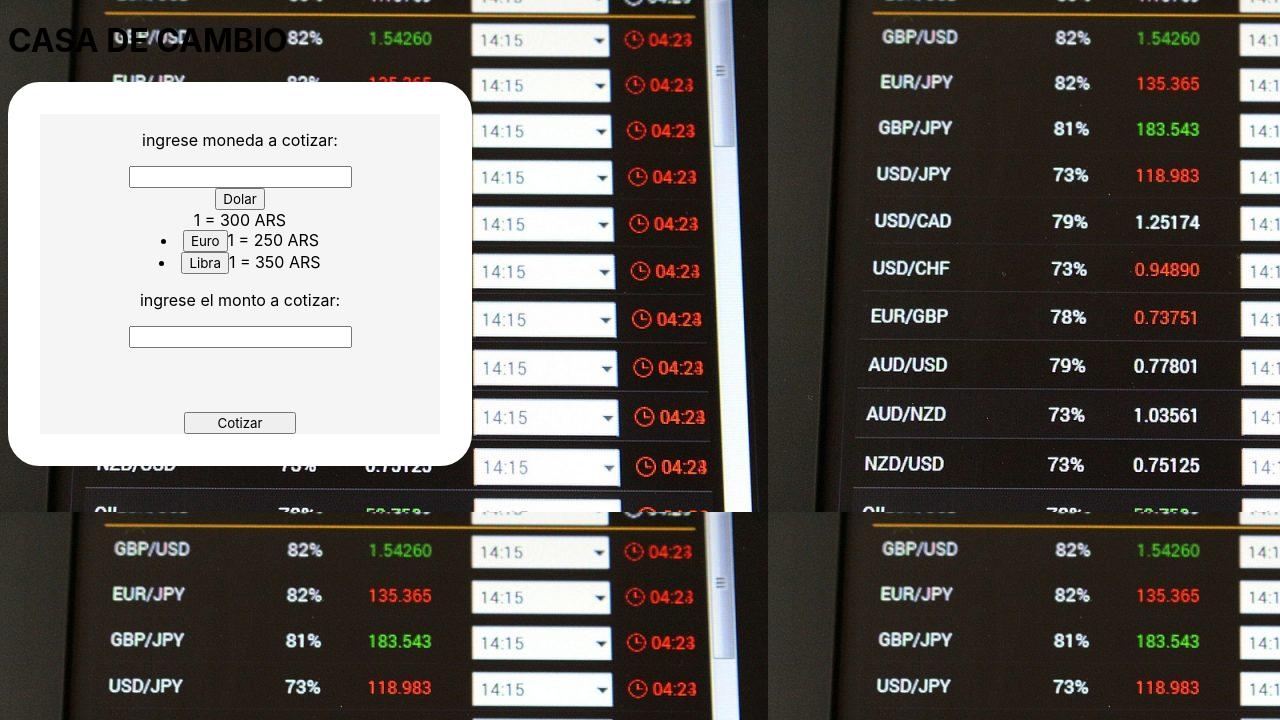
Repository: AgusL01/Bootstrap-Agustin-lago-
Page: Desktop/clases coder/proyecto-final-agustin-lago-main/index.html
The author's editor kept a copy of each file at every save. The page is drawn from the files as they stood at one save, then again after the next save.
The browser window is 1280 px wide. The pictures show the whole page.

Above is the page before, as saved 2022-08-25 14:57:12.
Console error: ReferenceError: getElemenById is not defined

### Desktop/clases coder/proyecto-final-agustin-lago-main/index.html
<!DOCTYPE html>
<html lang="es">
<head>
    <meta charset="UTF-8">
    <meta http-equiv="X-UA-Compatible" content="IE=edge">
    <meta name="viewport" content="width=+, initial-scale=1.0">
    <title>Casa de cambio</title>
    <link rel="stylesheet" href="./css/estilo.css">
</head>
<body>
    <h1>CASA DE CAMBIO</h1>
    <form class="formulario">
            <p>ingrese moneda a cotizar:</p>
            <input><button id="dolar">Dolar</button>1 = 300 ARS</input>
            <li><button id="euro">Euro</button>1 = 250 ARS</li>
            <li><button id="libra">Libra</button>1 = 350 ARS</li>
            <p>ingrese el monto a cotizar:</p>
            <input type="number" name="amount" id="montoCotazar">
            <button class="cotizar">Cotizar</button>
    </form>
    <script src="./js/main.js"></script>
</body>
</html>

### Desktop/clases coder/proyecto-final-agustin-lago-main/css/estilo.css
*{
    font-family: 'Inter', sans-serif;
}
body{
    background-image: url(/imagenes/courses-643727_960_720-768x512.jpg);
    height: 100%;
}
.dolar, .euro, .libra{
display: inline-block;
}
.formulario{
    justify-content: center;
    display: flex;
    flex-direction:column;
    align-items: center;
    text-align: center;
    background-color: #f5f5f5;
    border: 2rem, solid ,white;
    border-radius: 2rem;
    width: 25rem;
    height: 20rem;
}



.cotizar{
    width: 7rem;
    height: 2rem;
    margin-top: 4rem;
}
.titleMain {
    text-align: center;
    font-size: 3rem;
    margin-top: 4rem;
}

### Desktop/clases coder/proyecto-final-agustin-lago-main/js/main.js
/*se declaran en variables el valor de cada moneda*/

    let dolar = 300
    let euro = 250
    let libra = 350

let monedaDolar = getElemenById('dolar')

After the next save:
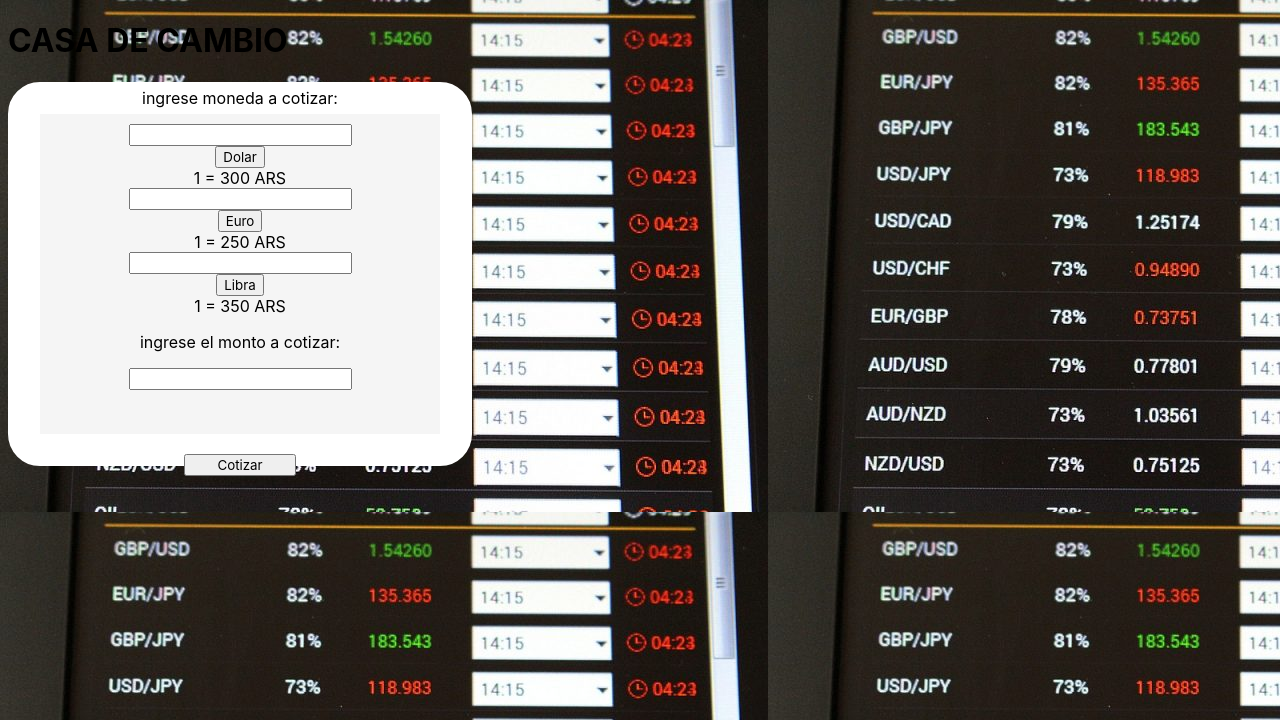
Saved 14 s later.
--- a/Desktop/clases coder/proyecto-final-agustin-lago-main/index.html
+++ b/Desktop/clases coder/proyecto-final-agustin-lago-main/index.html
@@ -12,8 +12,8 @@
     <form class="formulario">
             <p>ingrese moneda a cotizar:</p>
             <input><button id="dolar">Dolar</button>1 = 300 ARS</input>
-            <li><button id="euro">Euro</button>1 = 250 ARS</li>
-            <li><button id="libra">Libra</button>1 = 350 ARS</li>
+            <input><button id="euro">Euro</button>1 = 250 ARS</input>
+            <input><button id="libra">Libra</button>1 = 350 ARS</input>
             <p>ingrese el monto a cotizar:</p>
             <input type="number" name="amount" id="montoCotazar">
             <button class="cotizar">Cotizar</button>
